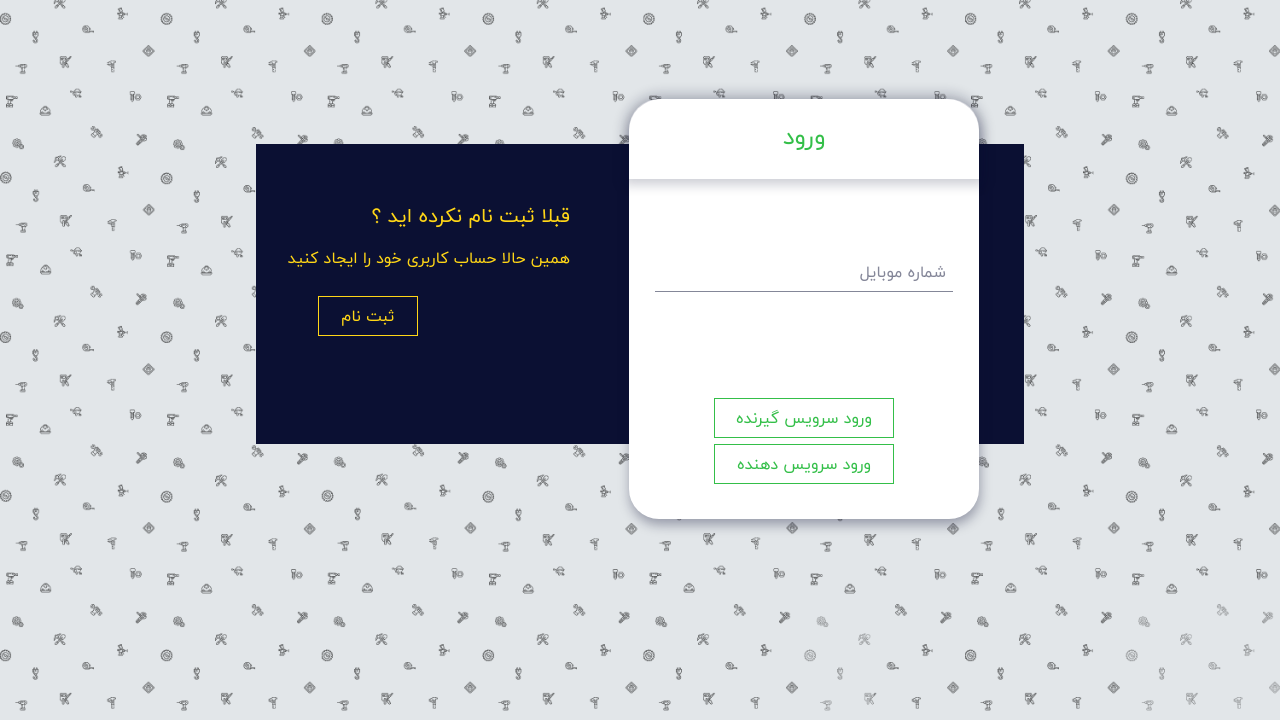
Repository: nightwolf-041/pisheyar-panel-user
Page: /
An editor plug-in stored every save of this project. The page is shown before and after the next save, followed by the edit.
The browser window is 1280 px wide. The pictures show the whole page.
The page's requests for data from a server got no answer. The project was rebuilt for these pictures with package versions that can differ from the ones it lists, and the page was loaded fresh each time. No one was signed in, and anything a server would have sent is missing. Also part of the build but not shown: src/components/login/RegisterBoxSteps.jsx.

Above is the page before, as saved 2020-05-20 11:55:11.

### src/index.css
@font-face {
    font-family: Yekan;
    src: url('./assets/fonts/iran-yekan/iranyekan.woff')
}

*,
* * {
    font-family: Yekan !important;
}

body {
    margin: 0 auto;
    font-family: Yekan !important;
    overflow-x: hidden !important;
    overflow-y: hidden !important;
}

code {
    font-family: source-code-pro, Menlo, Monaco, Consolas, 'Courier New', monospace;
}

### src/App.css
@font-face {
    font-family: Yekan;
    src: url('./assets/fonts/iran-yekan/iranyekan.woff')
}

*,
* * {
    font-family: Yekan !important;
}

.Toastify__toast-body {
    text-align: right !important;
}

.react-code-input input {
    padding: 0 !important;
    text-align: center !important;
    font-size: 1.2rem !important;
}

.lds-dual-ring {
    display: flex;
    justify-content: center;
    align-items: center;
    width: 150px;
    height: 150px;
    position: fixed;
    top: 30%;
    left: calc(50% - 75px);
    transform: translateZ(0);
    -webkit-transform: translateZ(0);
    -ms-transform: translateZ(0);
    -o-transform: translateZ(0);
}

.lds-dual-ring:after {
    content: " ";
    display: block;
    width: 64px;
    height: 64px;
    margin: 8px;
    border-radius: 50%;
    border: 6px solid #fff;
    border-color: #0b1033 transparent #ffd617 transparent;
    animation: lds-dual-ring 1.2s linear infinite;
    -webkit-animation: lds-dual-ring 1.2s linear infinite;
    -moz-animation: lds-dual-ring 1.2s linear infinite;
    -o-animation: lds-dual-ring 1.2s linear infinite;
}

@keyframes lds-dual-ring {
    0% {
        transform: rotate(0deg);
    }
    100% {
        transform: rotate(360deg);
    }
}

@-webkit-keyframes lds-dual-ring {
    0% {
        transform: rotate(0deg);
    }
    100% {
        transform: rotate(360deg);
    }
}

@-moz-keyframes lds-dual-ring {
    0% {
        transform: rotate(0deg);
    }
    100% {
        transform: rotate(360deg);
    }
}

@-o-keyframes lds-dual-ring {
    0% {
        transform: rotate(0deg);
    }
    100% {
        transform: rotate(360deg);
    }
}

### src/components/login/login.module.css
button:disabled {
    cursor: no-drop !important;
}

button {
    cursor: pointer;
}

::placeholder {
    color: rgba(11, 16, 51, 0.5);
}

.loginKeeper {
    position: relative;
    width: 100%;
    height: 100vh;
    background-color: #1730491f;
    background-image: url('../../assets/images/WideBackgroundFooter.svg');
    background-position: center;
    background-size: cover;
    display: flex;
    justify-content: center;
    align-items: center;
    overflow: hidden;
}

.loginPageMain {
    position: relative;
    width: 100vw;
    height: 100vh;
}

.loginRegisterSwitch {
    position: relative;
    top: 20%;
    width: 60%;
    max-width: 900px;
    display: block;
    margin-right: auto;
    margin-left: auto;
    height: 300px;
    background-color: #0b1033 !important;
    transition: 0.4s all ease;
}

.registerSideBox {
    position: absolute;
    top: 20%;
    left: 0;
    width: 360px;
    opacity: 1;
    transition: 1s opacity ease;
}

.registerSideBoxHidden {
    position: absolute;
    top: 20%;
    left: 0;
    width: 360px;
    opacity: 0;
    transition: 0.6s opacity ease;
}

.registerboxHead {
    text-align: right;
    color: #ffd617;
    padding-bottom: 10px;
}

.registerboxDesc {
    text-align: right;
    color: #ffd617;
}

.registerboxButton {
    position: absolute;
    left: 30%;
    margin-top: 10px;
    width: 100px;
    padding: 7px 15px;
    color: #ffd617;
    background: none;
    outline: none;
    border: 1px solid #ffd617;
    transition: 0.3s all ease;
}

.registerboxButton:before {
    position: absolute;
    top: 0;
    right: 0;
    width: 0;
    height: 100%;
    background-color: #ffd617;
    content: '';
    transition: 0.3s all ease;
}

.registerboxButton:hover {
    color: #0b1033 !important;
    z-index: 1 !important;
}

.registerboxButton:hover:before {
    width: 100%;
    z-index: -1;
}

.loginSideBox {
    position: absolute;
    top: 20%;
    right: 10%;
    width: 360px;
    opacity: 1;
    transition: 0.6s opacity ease;
}

.loginSideBoxHidden {
    position: absolute;
    top: 20%;
    right: 10%;
    width: 360px;
    opacity: 0;
    transition: 0.6s opacity ease;
}

.loginboxHead {
    text-align: right;
    color: #ffd617;
    padding-bottom: 10px;
}

.loginboxDesc {
    text-align: right;
    color: #ffd617;
}

.loginboxButton {
    position: absolute;
    right: 5%;
    width: 100px;
    margin-top: 10px;
    padding: 7px 15px;
    color: #ffd617;
    background: none;
    outline: none;
    border: 1px solid #ffd617;
    transition: 0.3s all ease;
}

.loginboxButton:before {
    position: absolute;
    top: 0;
    left: 0;
    width: 0;
    height: 100%;
    background-color: #ffd617;
    content: '';
    transition: 0.3s all ease;
}

.loginboxButton:hover {
    color: #0b1033 !important;
    z-index: 1 !important;
}

.loginboxButton:hover:before {
    width: 100%;
    z-index: -1;
}

.loginRegisterLoginBox {
    transition: 0.5s all ease;
    position: absolute;
    top: -15%;
    right: 45px;
    width: 350px;
    height: 420px;
    background-color: #fff;
    border-radius: 30px;
    box-shadow: 1px 6px 12px #0b103357;
}

.loginRegisterLoginHead {
    position: absolute;
    top: 0;
    width: 100%;
    height: 5rem;
    padding-top: 1.5rem;
    box-shadow: 0 0 12px 6px rgba(11, 16, 51, 0.2);
    display: flex;
    justify-content: center;
    border-top-left-radius: 2rem;
    border-top-right-radius: 2rem;
    color: #34bf49;
}

.loginRegisterLoginForm {
    position: absolute;
    top: 30%;
    width: 100%;
    height: 115px;
    display: flex;
    flex-direction: column;
    justify-content: center;
    align-content: center;
    align-items: center;
}

.loginRegisterLoginPhoneNumber,
.loginRegisterLoginPhoneNumberInvalid {
    width: 85%;
    padding: 7px 7px;
    margin-bottom: 20px;
    border: none;
    outline: none;
    direction: rtl;
}

.loginRegisterLoginPhoneNumber {
    border-bottom: 1px solid rgba(11, 16, 51, 0.5);
}

.loginRegisterLoginPhoneNumberInvalid {
    border-bottom: 1px solid #e57373;
}

.loginRegisterLoginPhoneNumber:focus::placeholder,
.loginRegisterLoginPhoneNumberInvalid:focus::placeholder {
    visibility: hidden;
}

.loginMobileErrorSpan {
    margin-top: -12px;
    padding-right: 15px;
    font-size: 13px;
    color: #f44336;
    width: 94%;
    display: flex;
    justify-content: flex-end;
}

.loginRegisterLoginButton {
    position: absolute;
    top: 190%;
    right: calc(50% - 90px);
    padding: 7px 15px;
    width: 180px;
    background: none;
    outline: none;
    color: #34bf49;
    border: 1px solid #34bf49;
}

.loginRegisterLoginButtonByer {
    position: absolute;
    top: 150%;
    left: calc(50% - 90px);
    padding: 7px 15px;
    width: 180px;
    background: none;
    outline: none;
    color: #34bf49;
    border: 1px solid #34bf49;
}

.loginRegisterLoginButtonByer::before,
.loginRegisterLoginButton::before {
    position: absolute;
    top: 0;
    left: 0;
    width: 100%;
    height: 0;
    background-color: #34bf49;
    content: '';
    transition: 0.3s all ease;
}

.loginRegisterLoginButtonByer:hover,
.loginRegisterLoginButton:hover {
    color: #fff !important;
    z-index: 1 !important;
}

.loginRegisterLoginButtonByer:hover::before,
.loginRegisterLoginButton:hover::before {
    height: 100%;
    z-index: -1;
}

.loginRegisterRegisterBox {
    transition: 0.5s all ease;
    position: absolute;
    top: -30%;
    right: calc(100% - 400px);
    width: 350px;
    height: 530px;
    background-color: #fff;
    border-radius: 30px;
    box-shadow: 1px 6px 12px #0b103357;
    margin-bottom: 1rem;
    margin-top: 1rem;
}

.loginRegisterRegisterBoxMinHeight {
    transition: 0.5s all ease;
    position: absolute;
    top: -15%;
    right: calc(100% - 400px);
    width: 350px;
    height: 420px;
    background-color: #fff;
    border-radius: 30px;
    box-shadow: 1px 6px 12px #0b103357;
    margin-bottom: 1rem;
    margin-top: 1rem;
}

.loginRegisterRegisterHead {
    position: absolute;
    top: 0;
    width: 100%;
    height: 5rem;
    padding-top: 2rem;
    box-shadow: 0 1px 12px 6px rgba(3, 3, 5, 0.2);
    display: flex;
    justify-content: center;
    border-top-left-radius: 2rem;
    border-top-right-radius: 2rem;
    color: #34bf49;
}

.loginRegisterRegisterForm {
    position: absolute;
    top: 25%;
    width: 100%;
    height: 280px;
    display: flex;
    flex-direction: column;
    justify-content: center;
    align-content: center;
    align-items: center;
}

.loginRegisterRegisterName,
.loginRegisterRegisterNameInvalid {
    width: 85%;
    padding: 7px 7px;
    margin-bottom: 20px;
    color: rgba(11, 16, 51, 0.95);
    border: none;
    outline: none;
    direction: rtl;
}

.loginRegisterRegisterName {
    border-bottom: 1px solid rgba(11, 16, 51, 0.5);
}

.loginRegisterRegisterNameInvalid {
    border-bottom: 1px solid #e57373;
}

.loginRegisterRegisterName:focus::placeholder,
.loginRegisterRegisterNameInvalid:focus::placeholder {
    visibility: hidden;
}

.registerNameErrorSpan {
    margin-top: -13px;
    padding-right: 15px;
    font-size: 12px;
    color: #f44336;
    width: 94%;
    display: flex;
    justify-content: flex-end;
}

.loginRegisterRegisterFamily,
.loginRegisterRegisterFamilyInvalid {
    width: 85%;
    padding: 7px 7px;
    margin-bottom: 20px;
    color: rgba(11, 16, 51, 0.95);
    border: none;
    outline: none;
    direction: rtl;
}

.loginRegisterRegisterFamily {
    border-bottom: 1px solid rgba(11, 16, 51, 0.5);
}

.loginRegisterRegisterFamilyInvalid {
    border-bottom: 1px solid #e57373;
}

.loginRegisterRegisterFamily:focus::placeholder,
.loginRegisterRegisterFamilyInvalid:focus::placeholder {
    visibility: hidden;
}

.registerFamilyErrorSpan {
    margin-top: -13px;
    padding-right: 15px;
    font-size: 12px;
    color: #f44336;
    width: 94%;
    display: flex;
    justify-content: flex-end;
}

.registerCityErrorSpan {
    margin-top: -13px;
    padding-right: 15px;
    font-size: 12px;
    color: #f44336;
    width: 94%;
    display: flex;
    justify-content: flex-end;
}

.loginRegisterRegisterSelectsbox {
    width: 85%;
    display: flex;
    flex-direction: row-reverse;
    justify-content: space-between;
    align-items: center;
    margin-bottom: 10px;
}

.loginRegisterRegisterSelectContry,
.loginRegisterRegisterSelectCity {
    height: 2.1rem;
    display: flex;
    justify-content: center;
    align-items: center;
    direction: rtl;
    width: 45%;
    background: none;
    border-bottom: 1px solid rgba(11, 16, 51, 0.5);
    outline: none;
    padding: 0.4rem 0.7rem;
    margin-top: 0.5rem;
    margin-bottom: 0.5rem;
    color: rgba(11, 16, 51, 0.95);
}

.loginRegisterRegisterSelectContryInvalid,
.loginRegisterRegisterSelectCityInvalid {
    height: 2.1rem;
    display: flex;
    justify-content: center;
    align-items: center;
    direction: rtl;
    width: 45%;
    background: none;
    border-bottom: 1px solid #e57373;
    outline: none;
    padding: 0.4rem 0.7rem;
    margin-top: 0.5rem;
    margin-bottom: 0.5rem;
    color: rgba(11, 16, 51, 0.95);
}

.loginRegisterRegisterSelectGender {
    height: 2.1rem;
    display: flex;
    justify-content: center;
    align-items: center;
    direction: rtl;
    width: 85%;
    background: none;
    border-bottom: 1px solid rgba(11, 16, 51, 0.5);
    outline: none;
    padding: 0.4rem 0.7rem;
    margin-top: 0.5rem;
    margin-bottom: 0.5rem;
    color: rgba(11, 16, 51, 0.95);
    margin-bottom: 20px;
}

.loginRegisterRegisterPhoneNumber,
.loginRegisterRegisterPhoneNumberInvalid {
    width: 85%;
    padding: 7px 7px;
    margin-bottom: 20px;
    color: rgba(11, 16, 51, 0.95);
    border: none;
    outline: none;
    direction: rtl;
}

.loginRegisterRegisterPhoneNumber {
    border-bottom: 1px solid rgba(11, 16, 51, 0.5);
}

.loginRegisterRegisterPhoneNumberInvalid {
    border-bottom: 1px solid #e57373;
}

.loginRegisterRegisterPhoneNumber:focus::placeholder,
.loginRegisterRegisterPhoneNumberInvalid:focus::placeholder {
    visibility: hidden;
}

.registerPhoneNumberErrorSpan {
    margin-top: -13px;
    padding-right: 15px;
    font-size: 12px;
    color: #f44336;
    width: 94%;
    display: flex;
    justify-content: flex-end;
}

.registerStep2CodeInput,
.registerStep2CodeInputInvalid {
    width: 85%;
    padding: 7px 7px;
    margin-bottom: 20px;
    border: none;
    outline: none;
    direction: rtl;
}

.registerStep2CodeInput {
    border-bottom: 1px solid rgba(11, 16, 51, 0.5);
}

.registerStep2CodeInputInvalid {
    border-bottom: 1px solid #e57373;
}

.registerStep2CodeInput:focus::placeholder,
.registerStep2CodeInputInvalid:focus::placeholder {
    visibility: hidden;
}

.registerStep2CodeErrorSpan {
    margin-top: -13px;
    padding-right: 15px;
    font-size: 14px;
    color: #f44336;
    width: 94%;
    display: flex;
    justify-content: flex-end;
}

.loginRegisterRegisterButton {
    position: absolute;
    top: 115%;
    right: calc(50% - 90px);
    padding: 7px 15px;
    width: 180px;
    background: none;
    outline: none;
    color: #34bf49;
    border: 1px solid #34bf49;
}

.loginRegisterRegisterButton:before {
    position: absolute;
    bottom: 0;
    left: 0;
    width: 100%;
    height: 0;
    background-color: #34bf49;
    content: '';
    transition: 0.3s all ease;
}

.loginRegisterRegisterButton:hover {
    color: #fff !important;
    z-index: 1 !important;
}

.loginRegisterRegisterButton:hover:before {
    height: 100%;
    z-index: -1;
}


/* step2 btns */

.registerStep2Buttonsbox {
    position: absolute;
    top: 170%;
    right: 0;
    width: 100%;
    display: flex;
    flex-direction: row-reverse;
    justify-content: space-around;
    align-items: center;
}

.registerStep2Button {
    position: relative;
    padding: 7px 10px;
    width: 100px;
    background: none;
    outline: none;
    color: #34bf49;
    border: 1px solid #34bf49;
}

.registerStep2Button:before {
    position: absolute;
    bottom: 0;
    left: 0;
    width: 100%;
    height: 0;
    background-color: #34bf49;
    content: '';
    transition: 0.3s all ease;
}

.registerStep2Button:hover {
    color: #fff !important;
    z-index: 1 !important;
}

.registerStep2Button:hover:before {
    height: 100%;
    z-index: -1;
}

.registerStep2BackButton {
    position: relative;
    padding: 7px 10px;
    width: 100px;
    background: none;
    outline: none;
    color: #f44336;
    border: 1px solid #f44336;
}

.registerStep2BackButton:before {
    position: absolute;
    bottom: 0;
    left: 0;
    width: 100%;
    height: 0;
    background-color: #f44336;
    content: '';
    transition: 0.3s all ease;
}

.registerStep2BackButton:hover {
    color: #fff !important;
    z-index: 1 !important;
}

.registerStep2BackButton:hover:before {
    height: 100%;
    z-index: -1;
}


/* login step2 btns  */

.loginStep2Button {
    position: relative;
    padding: 7px 10px;
    width: 100px;
    background: none;
    outline: none;
    color: #34bf49;
    border: 1px solid #34bf49;
}

.loginStep2Button:before {
    position: absolute;
    top: 0;
    left: 0;
    width: 100%;
    height: 0;
    background-color: #34bf49;
    content: '';
    transition: 0.3s all ease;
}

.loginStep2Button:hover {
    color: #fff !important;
    z-index: 1 !important;
}

.loginStep2Button:hover:before {
    height: 100%;
    z-index: -1;
}

.loginStep2BackButton {
    position: relative;
    padding: 7px 10px;
    width: 100px;
    background: none;
    outline: none;
    color: #f44336;
    border: 1px solid #f44336;
}

.loginStep2BackButton:before {
    position: absolute;
    top: 0;
    left: 0;
    width: 100%;
    height: 0;
    background-color: #f44336;
    content: '';
    transition: 0.3s all ease;
}

.loginStep2BackButton:hover {
    color: #fff !important;
    z-index: 1 !important;
}

.loginStep2BackButton:hover:before {
    height: 100%;
    z-index: -1;
}

.registerAlerts {
    position: absolute;
    top: -40%;
    left: 0;
    width: 100%;
    height: 0;
    text-align: center;
    z-index: 15;
}

.registerAlerts p,
.registerAlerts h4 {
    color: #fff;
    font-size: 18px;
    padding-bottom: 15px;
    text-align: center;
}

.registerAlerts span {
    color: #fff;
    font-size: 17px;
    padding-bottom: 15px;
    text-align: center;
}

.loginAlerts {
    position: absolute;
    top: -40%;
    left: 0;
    width: 100%;
    height: 0;
    text-align: center;
    z-index: 15;
}

.loginAlerts p,
.loginAlerts h4 {
    color: #fff;
    font-size: 18px;
    padding-bottom: 15px;
    text-align: center;
}

.loginAlerts span {
    color: #fff;
    font-size: 17px;
    padding-bottom: 15px;
    text-align: center;
}

.loginShowHidePasswordIcon {
    width: 27px;
    height: 27px;
    position: absolute;
    top: 60%;
    right: 10%;
}

.registerShowHidePasswordIcon {
    width: 27px;
    height: 27px;
    position: absolute;
    top: 53%;
    right: 10%;
}

.registerShowHideRepasswordIcon {
    width: 27px;
    height: 27px;
    position: absolute;
    bottom: 9%;
    right: 10%;
}

.registerShowHideRepasswordIconInvalid {
    width: 27px;
    height: 27px;
    position: absolute;
    bottom: 5%;
    right: 10%;
}

.timerBox {
    margin-bottom: -50px;
    margin-top: 20px;
    color: #f44336;
}

@media screen and (max-width: 1330px) {
    .registerSideBox {
        left: -6%;
    }
    .registerSideBoxHidden {
        left: -6%;
    }
    .loginSideBox {
        right: 4%;
    }
    .loginSideBoxHidden {
        right: 4%;
    }
}

@media screen and (max-width: 1220px) {
    .loginRegisterSwitch {
        width: 70%;
    }
}

@media screen and (max-width: 1060px) {
    .loginRegisterSwitch {
        width: 80%;
    }
}

@media screen and (max-width: 930px) {
    .loginRegisterSwitch {
        width: 90%;
    }
}

@media screen and (max-width: 850px) {
    .registerSideBox {
        left: -11%;
    }
    .registerSideBoxHidden {
        left: -11%;
    }
    .registerboxHead {
        font-size: 16px;
    }
    .registerboxDesc {
        font-size: 14px;
    }
    .registerboxButton {
        left: 40%;
    }
    .loginboxHead {
        font-size: 16px;
    }
    .loginboxDesc {
        font-size: 14px;
    }
}

@media screen and (max-width: 780px) {
    .loginRegisterRegisterBox {
        right: calc(100% - 350px);
        width: 300px;
        height: 530px;
    }
    .loginRegisterRegisterBoxMinHeight {
        right: calc(100% - 350px);
        width: 300px;
        height: 420px;
    }
    .loginRegisterLoginBox {
        width: 300px;
        height: 400px;
    }
    .loginRegisterLoginButton {
        width: 160px;
        left: calc(50% - 80px);
        top: 130%;
    }
    .loginRegisterLoginButtonByer {
        width: 160px;
        left: calc(50% - 80px);
        top: 170%;
    }
}

@media screen and (max-width: 730px) {
    .loginPageMain {
        height: 120vh;
    }
    .loginRegisterSwitch {
        width: 350px;
        top: 20%;
        height: 500px;
        /* margin-bottom: 20rem; */
    }
    .loginRegisterLoginBox {
        top: -20%;
        right: 25px;
    }
    .loginRegisterRegisterBox {
        right: 25px;
        top: 40%;
    }
    .loginRegisterRegisterBoxMinHeight {
        right: 25px;
        top: 40%;
    }
    .loginSideBox {
        width: 100%;
        top: 10%;
        left: 0;
        display: flex;
        flex-direction: column;
        align-items: center;
        right: 0;
    }
    .loginSideBoxHidden {
        width: 100%;
        top: 10%;
        left: 0;
        display: flex;
        flex-direction: column;
        align-items: center;
        right: 0;
    }
    .loginboxButton {
        left: calc(50% - 50px);
        width: 100px;
        margin-top: 5rem;
    }
    .registerSideBox {
        width: 100%;
        top: 67%;
        left: 0;
        display: flex;
        flex-direction: column;
        align-items: center;
        right: 0;
    }
    .registerSideBoxHidden {
        width: 100%;
        top: 67%;
        left: 0;
        display: flex;
        flex-direction: column;
        align-items: center;
        right: 0;
    }
    .registerboxButton {
        left: calc(50% - 50px);
        width: 100px;
        margin-top: 5rem;
    }
}

@media screen and (max-width: 375px) {
    .loginRegisterSwitch {
        width: 300px;
        top: 15%;
        height: 550px;
        margin-bottom: 14rem;
    }
    .loginRegisterRegisterBox {
        right: 48%;
        width: 280px;
        height: 530px;
    }
    .loginRegisterRegisterBoxMinHeight {
        right: 10px;
        width: 280px;
        height: 410px;
    }
    .loginRegisterLoginBox {
        top: -12%;
        width: 280px;
        height: 390px;
        right: 10px;
    }
    .loginRegisterRegisterBox {
        right: 10px;
        top: 40%;
    }
}

@media screen and (max-width: 315px) {
    .loginRegisterSwitch {
        width: 260px;
        top: 10%;
        height: 500px;
    }
    .loginRegisterRegisterBox {
        right: 48%;
        width: 250px;
        height: 530px;
    }
    .loginRegisterRegisterBoxMinHeight {
        right: 48%;
        width: 250px;
        height: 410px;
    }
    .loginRegisterLoginBox {
        width: 250px;
        height: 360px;
    }
    .loginRegisterLoginBox {
        right: 5px;
    }
    .loginRegisterRegisterBox {
        right: 5px;
        top: 40%;
    }
    .registerboxHead {
        font-size: 14px;
    }
    .registerboxDesc {
        font-size: 12px;
    }
    .loginboxHead {
        font-size: 14px;
    }
    .loginboxDesc {
        font-size: 12px;
    }
}

Loaded but not shown: public/index.html (common file); src/serviceWorker.js (common file); src/App.js (45 lines, source omitted); src/index.js (23 lines, source omitted); src/components/login/Login.jsx (746 lines, source omitted); src/components/login/LoginBixSteps.jsx (85 lines, source omitted)

After the next save:
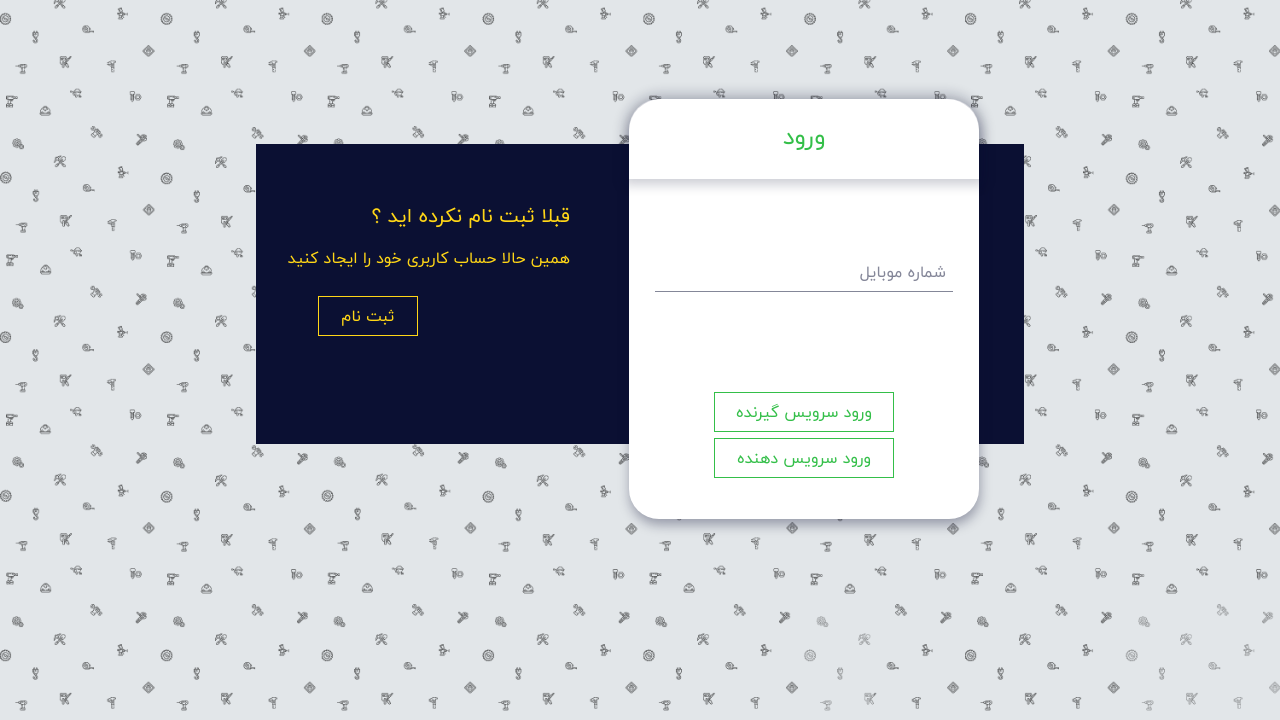
Saved 18 s later.
--- a/src/components/login/login.module.css
+++ b/src/components/login/login.module.css
@@ -242,7 +242,7 @@ button {
 
 .loginRegisterLoginButton {
     position: absolute;
-    top: 190%;
+    top: 185%;
     right: calc(50% - 90px);
     padding: 7px 15px;
     width: 180px;
@@ -254,7 +254,7 @@ button {
 
 .loginRegisterLoginButtonByer {
     position: absolute;
-    top: 150%;
+    top: 145%;
     left: calc(50% - 90px);
     padding: 7px 15px;
     width: 180px;
